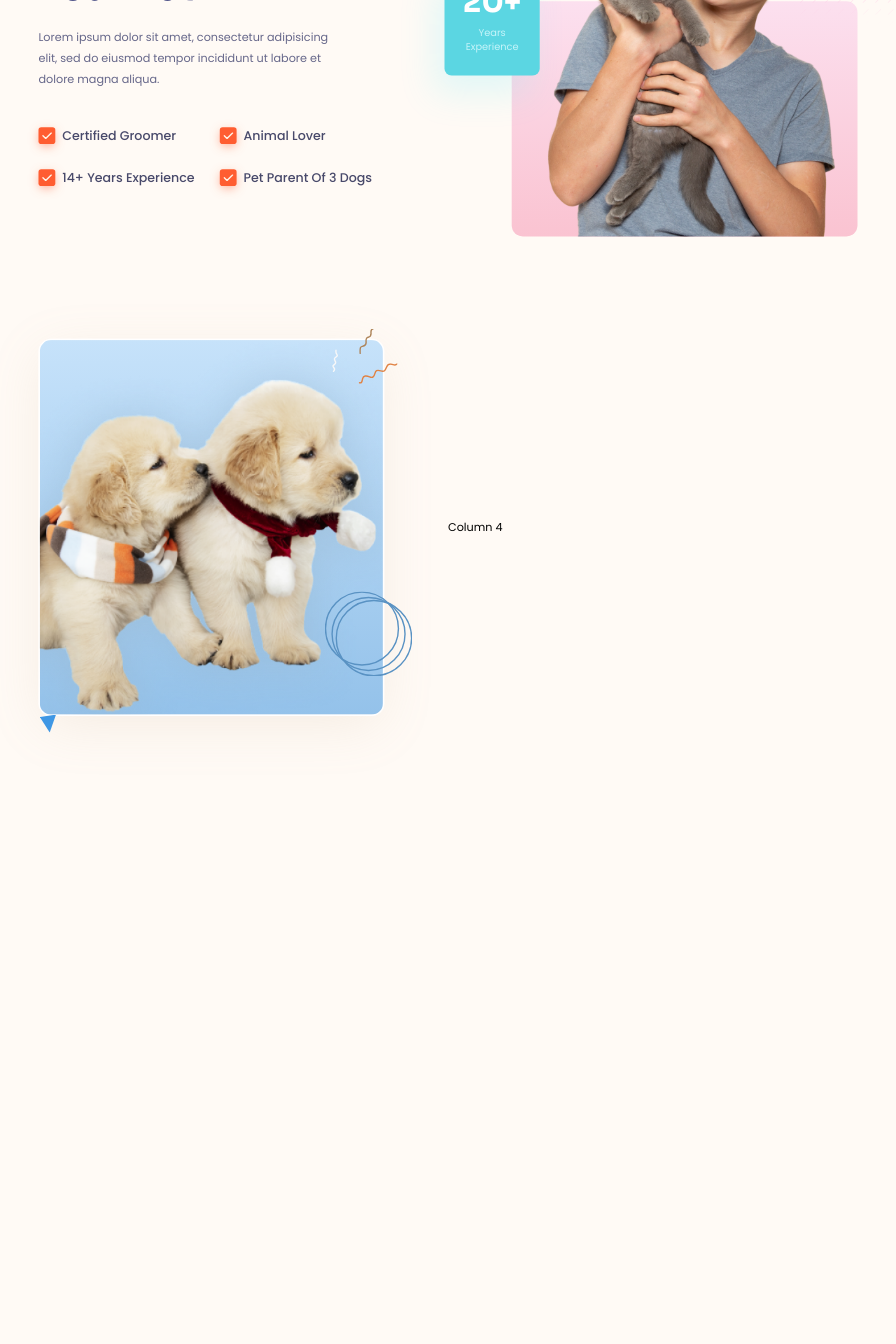
Repository: empty24062002/f8-project-05
Page: index.html
The author's editor kept a copy of each file at every save. The page is drawn from the files as they stood at one save, then again after the next save.
The browser window is 1280 px wide. The pictures show the part of the page from y = 1117 to 3037 px (the page is 10896 px tall), at 70% of full size.

Above is the page before, as saved 2023-09-11 11:13:00.

### index.html
<!DOCTYPE html>
<html lang="en">
    <head>
        <meta charset="UTF-8" />
        <meta name="viewport" content="width=device-width, initial-scale=1.0" />
        <title>Lucy</title>
        <!-- favicon -->
        <link
            rel="apple-touch-icon"
            sizes="57x57"
            href="./assets/favicon/apple-icon-57x57.png"
        />
        <link
            rel="apple-touch-icon"
            sizes="60x60"
            href="./assets/favicon/apple-icon-60x60.png"
        />
        <link
            rel="apple-touch-icon"
            sizes="72x72"
            href="./assets/favicon/apple-icon-72x72.png"
        />
        <link
            rel="apple-touch-icon"
            sizes="76x76"
            href="./assets/favicon/apple-icon-76x76.png"
        />
        <link
            rel="apple-touch-icon"
            sizes="114x114"
            href="./assets/favicon/apple-icon-114x114.png"
        />
        <link
            rel="apple-touch-icon"
            sizes="120x120"
            href="./assets/favicon/apple-icon-120x120.png"
        />
        <link
            rel="apple-touch-icon"
            sizes="144x144"
            href="./assets/favicon/apple-icon-144x144.png"
        />
        <link
            rel="apple-touch-icon"
            sizes="152x152"
            href="./assets/favicon/apple-icon-152x152.png"
        />
        <link
            rel="apple-touch-icon"
            sizes="180x180"
            href="./assets/favicon/apple-icon-180x180.png"
        />
        <link
            rel="icon"
            type="image/png"
            sizes="192x192"
            href="./assets/favicon/android-icon-192x192.png"
        />
        <link
            rel="icon"
            type="image/png"
            sizes="32x32"
            href="./assets/favicon/favicon-32x32.png"
        />
        <link
            rel="icon"
            type="image/png"
            sizes="96x96"
            href="./assets/favicon/favicon-96x96.png"
        />
        <link
            rel="icon"
            type="image/png"
            sizes="16x16"
            href="./assets/favicon/favicon-16x16.png"
        />
        <link rel="manifest" href="./assets/favicon/manifest.json" />
        <meta name="msapplication-TileColor" content="#ffffff" />
        <meta
            name="msapplication-TileImage"
            content="./assets/favicon/ms-icon-144x144.png"
        />
        <meta name="theme-color" content="#ffffff" />
        <!-- reset CSS -->
        <link rel="stylesheet" href="./assets/css/reset.css" />
        <!-- embed font -->
        <link rel="preconnect" href="https://fonts.googleapis.com" />
        <link rel="preconnect" href="https://fonts.gstatic.com" crossorigin />
        <link
            href="https://fonts.googleapis.com/css2?family=Poppins:wght@300;400;500;600&family=Sora:wght@600;700;800&display=swap"
            rel="stylesheet"
        />
        <!-- style css -->
        <link rel="stylesheet" href="./assets/css/styles.css" />
    </head>
    <body>
        <!-- header -->
        <header class="header">
            <div class="container">
                <div class="header__inner">
                    <!-- logo -->
                    <a href="#!">
                        <img
                            src="./assets/img/logo.svg"
                            alt="Lucy"
                            class="header__logo"
                        />
                    </a>
                    <!-- navbar -->
                    <nav class="navbar">
                        <ul class="navbar__list">
                            <li class="navbar__item">
                                <a href="#!" class="navbar__link"> Home </a>
                            </li>
                            <li class="navbar__item">
                                <a href="#!" class="navbar__link"> About </a>
                            </li>
                            <li class="navbar__item">
                                <a href="#!" class="navbar__link"
                                    >Services & Rates
                                </a>
                            </li>
                            <li class="navbar__item">
                                <a href="#!" class="navbar__link"> Reviews </a>
                            </li>
                            <li class="navbar__item">
                                <a href="#!" class="navbar__link">
                                    Contacts us
                                </a>
                            </li>
                        </ul>
                    </nav>
                    <!-- header action -->
                    <div class="header-action">
                        <a href="#!" class="header-action__link">Sign in</a>
                        <a href="#!" class="btn header-action__btn">Sign up</a>
                    </div>
                </div>
            </div>
        </header>
        <!-- hero -->
        <section class="hero">
            <div class="container">
                <div class="hero__inner">
                    <!-- hero media -->
                    <div class="hero__media">
                        <div class="hero__img-wrap">
                            <img
                                src="./assets/img/hero__img1.png"
                                alt=""
                                class="hero__img"
                            />

                            <!-- Decorators -->
                            <img
                                src="./assets/img/decor__01.svg"
                                alt=""
                                class="hero__decor hero__decor-left"
                            />
                            <img
                                src="./assets/img/decor__02.svg"
                                alt=""
                                class="hero__decor hero__decor-right"
                            />
                        </div>
                        <div class="hero__img-wrap hero__img-wrap-small">
                            <img
                                src="./assets/img/hero__img2.png"
                                alt=""
                                class="hero__img"
                            />
                        </div>

                        <div class="hero__list">
                            <!-- hero list item 1 -->
                            <section class="hero-list-item">
                                <img
                                    src="./assets/img/hero__img3.png"
                                    alt=""
                                    class="hero-list-item__thump"
                                />
                                <div class="hero-list-item__info">
                                    <p class="hero-list-item__title">
                                        Pet Health
                                    </p>
                                    <div class="hero-list-item__skeleton"></div>
                                    <div
                                        class="hero-list-item__skeleton"
                                        style="--width: 39px"
                                    ></div>
                                </div>
                            </section>

                            <div class="hero-list-item__separate"></div>
                            <!-- hero list item 2 -->
                            <section class="hero-list-item">
                                <img
                                    src="./assets/img/hero__img4.png"
                                    alt=""
                                    class="hero-list-item__thump"
                                />
                                <div class="hero-list-item__info">
                                    <p class="hero-list-item__title">
                                        Pet care
                                    </p>
                                    <div class="hero-list-item__skeleton"></div>
                                    <div
                                        class="hero-list-item__skeleton"
                                        style="--width: 39px"
                                    ></div>
                                </div>
                            </section>
                        </div>
                    </div>
                    <!-- hero content -->
                    <section class="hero__content">
                        <h1 class="hero__heading">
                            Established & Trusted Pet Care Service
                        </h1>
                        <p class="hero__desc">
                            Discover a wide variety of Pawsitive services to
                            choose from, including daycare, private walks,
                            office duty and spa.
                        </p>
                        <div class="hero__row">
                            <a href="#!" class="btn btn--primary hero__cta-btn">
                                Book a Meet
                                <span class="btn__icon">
                                    <svg
                                        width="5"
                                        height="6"
                                        viewBox="0 0 5 6"
                                        fill="none"
                                        xmlns="http://www.w3.org/2000/svg"
                                    >
                                        <path
                                            d="M1.48584 0.5L3.98584 3L1.48584 5.5"
                                            stroke="#FD5056"
                                            stroke-linecap="round"
                                            stroke-linejoin="round"
                                        />
                                    </svg>
                                </span>
                            </a>
                            <a href="#!" class="hero__cta-link">
                                Schedule a Call
                            </a>
                        </div>
                    </section>
                </div>
            </div>
        </section>
        <main style="height: 10000px">
            <!-- about -->
            <section class="about">
                <div class="container">
                    <div class="about__inner">
                        <section class="about__content">
                            <p class="about__lable">// About //</p>
                            <h2 class="about__heading section-heading">
                                Best Agency For Your Pet.
                            </h2>
                            <p class="about__desc section-desc">
                                Lorem ipsum dolor sit amet, consectetur
                                adipisicing elit, sed do eiusmod tempor
                                incididunt ut labore et dolore magna aliqua.
                            </p>
                            <div class="about__checklist">
                                <span class="about__check-item">
                                    Certified Groomer
                                </span>
                                <span class="about__check-item">
                                    Animal Lover
                                </span>
                                <span class="about__check-item">
                                    14+ Years Experience
                                </span>
                                <span class="about__check-item">
                                    Pet Parent Of 3 Dogs
                                </span>
                            </div>
                        </section>
                        <div class="about__media">
                            <!-- About card -->
                            <div class="about__card">
                                <b class="about__card-title">20+</b>
                                <p class="about__card-desc">Years Experience</p>
                                <img
                                    src="./assets/img/about-decor1.svg"
                                    alt=""
                                    class="about__card-decor"
                                />
                            </div>
                            <!-- About img wrapper -->
                            <figure class="about__img-wrap">
                                <img
                                    src="./assets/img/about-img1.png"
                                    alt=""
                                    class="about__img"
                                />
                            </figure>
                            <img
                                src="./assets/img/about-decor2.svg"
                                alt=""
                                class="about__media-decor"
                            />
                        </div>
                        <div class="about__media">
                            <figure
                                class="about__img-wrap about__img-wrap-bottom"
                            >
                                <img
                                    src="./assets/img/about-img2.png"
                                    alt=""
                                    class="about__img about__img-bottom"
                                />
                                <!-- Decorators -->
                                <div>
                                    <img
                                        src="./assets/img/about-decor3.svg"
                                        alt=""
                                        class="about__decor-img"
                                    />
                                    <img
                                        src="./assets/img/about-decor4.svg"
                                        alt=""
                                        class="about__decor-img"
                                    />
                                    <img
                                        src="./assets/img/about-decor5.svg"
                                        alt=""
                                        class="about__decor-img"
                                    />
                                    <img
                                        src="./assets/img/about-decor6.svg"
                                        alt=""
                                        class="about__decor-img"
                                    />
                                    <img
                                        src="./assets/img/about-decor7.svg"
                                        alt=""
                                        class="about__decor-img"
                                    />
                                    <img
                                        src="./assets/img/about-decor8.svg"
                                        alt=""
                                        class="about__decor-img"
                                    />
                                </div>
                            </figure>
                        </div>
                        <section class="about__content">Column 4</section>
                    </div>
                </div>
            </section>
        </main>
    </body>
</html>

### assets/css/styles.css
* {
    box-sizing: border-box;
}

:root {
    --primary-color: #ff5b2e;
}

html {
    font-size: 62.5%;
}

body {
    font-size: 1.6rem;
    font-family: "Poppins", sans-serif;
    background: #fffaf5;
}

/* common */

h1,
h2,
h3,
h4,
h5,
h6 {
    font-family: "Sora", sans-serif;
}

input,
textarea,
select,
button {
    font-size: inherit;
    font-family: inherit;
}

a {
    text-decoration: none;
}

.container {
    width: 1170px;
    max-width: calc(100% - 48px);
    margin: 0 auto;
}

.btn {
    --height: 56px;

    display: inline-flex;
    align-items: center;
    justify-content: center;
    min-width: 130px;
    height: var(--height);
    line-height: var(--height);
    border: 1px solid rgb(0, 9, 88, 0.7);
    border-radius: 99px;
    color: #000958;
    text-align: center;
    font-size: 1.4rem;
    font-weight: 600;
}

.btn:hover {
    opacity: 0.8;
    cursor: pointer;
}

.btn--primary {
    background: var(--primary-color);
    color: #fff;
    border-color: var(--primary-color);
}

.btn__icon {
    display: flex;
    justify-content: center;
    align-items: center;
    margin-left: 10px;
    width: 20px;
    height: 20px;
    border-radius: 50%;
    background-color: #fff;
    box-shadow: 4px 3px 10px -1px rgba(191, 41, 0, 0.4);
}

.section-heading {
    color: #000958;
    font-family: "Sora", sans-serif;
    font-size: 5.2rem;
    font-weight: 700;
    line-height: 1.19;
}

.section-desc {
    margin-top: 24px;
    color: #656689;
    font-size: 1.6rem;
    font-weight: 400;
    line-height: 1.87; /* 187.5% */
}

/* header */
.header {
    padding: 26px 0;
}

.header__inner {
    display: flex;
    justify-content: space-between;
    align-items: center;
}

.navbar__list {
    display: flex;
}

.navbar__link,
.header-action__link {
    padding: 8px 18px;
    color: #5e6085;
    font-size: 1.4rem;
    font-weight: 500;
    line-height: 1; /* 100% */
}

.navbar__link:hover {
    color: #000958;
    text-shadow: 1px 0 0 currentColor;
}

.header-action__btn {
    --height: 50px;

    min-width: 117px;
}

/* hero */
.hero {
    margin-top: 74px;
}

.hero__inner {
    display: flex;
    justify-content: space-between;
    align-items: center;
    column-gap: 120px;
}

.hero__media {
    display: flex;
    position: relative;
    padding-bottom: 94px;
}

.hero__img-wrap {
    position: relative;
    display: flex;
    justify-content: center;
    align-items: flex-end;
    width: 388px;
    height: 488px;
    border: 3px solid #fff;
    border-radius: 16px;
    background: #fe997b;
}

.hero__img {
    max-width: 100%;
    max-height: 100%;
    border-radius: inherit;
}

.hero__decor {
    position: absolute;
    z-index: -1;
}

.hero__decor-left {
    left: -58px;
    bottom: 10px;
}

.hero__decor-right {
    top: 16px;
    right: -43px;
}

.hero__img-wrap-small {
    align-self: flex-end;
    width: 186px;
    height: 244px;
    margin: 0 0 -58px -24px;
    border: 2px solod #f7dddf;
    background: #faa7ad;
}

.hero__list {
    position: absolute;
    left: 129px;
    bottom: 0;
    width: 250px;
    height: 156px;
    padding: 18px 14px;
    border-radius: 10px;
    background: #fff;
    box-shadow: -17px 14px 68px -4px rgba(207, 174, 132, 0.25);
}

.hero-list-item {
    display: flex;
    align-items: center;
}

.hero-list-item:nth-of-type(2) .hero-list-item__thump {
    background-color: #c6e2fa;
}

.hero-list-item__thump {
    width: 40px;
    height: 40px;
    border-radius: 10px;
    object-fit: cover;
    background: #fec23f;
}

.hero-list-item__info {
    margin-left: 10px;
}

.hero-list-item__title {
    color: #181e52;
    font-family: "Sora", sans-serif;
    font-size: 1.4rem;
    font-weight: 600;
    line-height: 1;
}

.hero-list-item__separate {
    margin: 20px 0;
    width: 100%;
    height: 2px;
    background: #f2f2f2;
}

.hero-list-item__skeleton {
    margin-top: 6px;
    width: var(--width, 118px);
    height: 4px;
    border-radius: 10px;
    opacity: 0.08;
    background: #000958;
}

.hero__heading {
    color: #000958;
    font-size: 6.6rem;
    font-weight: 800;
    line-height: 1.15; /* 115.152% */
}

.hero__desc {
    width: 391px;
    margin-top: 24px;
    color: #656689;
    font-size: 1.6rem;
    font-weight: 400;
    line-height: 1.88;
}

.hero__row {
    display: flex;
    align-items: center;
    margin-top: 38px;
}

.hero__cta-btn {
    --height: 60px;

    min-width: 190px;
    font-size: 1.6rem;
    box-shadow: 0px 13px 26px -8px rgba(255, 91, 46, 0.42);
}

.hero__cta-link {
    margin-left: 24px;
    color: #000958;
    font-size: 1.6rem;
    font-weight: 500;
    line-height: 1;
    text-decoration: underline;
}
/* about */
.about {
    margin-top: 138px;
    padding: 8px 0;
}

.about__inner {
    display: grid;
    grid-template-columns: 1fr 1fr;
    row-gap: 146px;
    align-items: center;
}

.about__lable {
    color: #5e6085;
    font-family: "Sora", sans-serif;
    font-size: 1.6rem;
    font-weight: 600;
    line-height: 1;
}

.about__heading {
    margin-top: 15px;
}

.about__heading,
.about__desc {
    width: 444px;
}

.about__checklist {
    display: grid;
    grid-template-columns: auto auto;
    justify-content: flex-start;
    gap: 36px;
    margin-top: 54px;
}

.about__check-item {
    position: relative;
    display: flex;
    align-items: center;
    column-gap: 10px;
    color: #48496a;
    font-size: 1.8rem;
    font-weight: 500;
    line-height: 1;
}

.about__check-item::before {
    content: "";
    display: inline-block;
    width: 24px;
    height: 24px;
    background: #ff5d31;
    box-shadow: 0px 4px 15px -3px #ff5d31b0;
    border-radius: 4px;
}

.about__check-item::after {
    content: url(../icons/check-item.svg);
    position: absolute;
    top: 2px;
    left: 5px;
}

.about__media {
    position: relative;
}

.about__card {
    position: absolute;
    width: 136px;
    top: 165px;
    left: -5px;
    padding: 30px 26px;
    text-align: center;
    border-radius: 10px;
    background: #5bd6e2;
    box-shadow: -15px 26px 48px 0px rgba(85, 240, 255, 0.17);
}

.about__card-title {
    color: #fff;
    font-family: "Sora", sans-serif;
    font-size: 4.2rem;
    font-weight: 700;
    line-height: 1;
}

.about__card-desc {
    margin-top: 14px;
    color: #c6f4f9;
    font-size: 1.4rem;
    font-weight: 400;
    line-height: 1.42;
}

.about__card-decor {
    position: absolute;
    top: -40px;
    right: -32px;
}

.about__img-wrap {
    position: relative;
    width: 494px;
    margin-left: auto;
}

.about__img-wrap::after {
    position: absolute;
    content: "";
    height: 336px;
    inset: auto 0 0 0;
    border-radius: 16px;
    background: linear-gradient(180deg, #fce0ef 0%, #fac3d1 100%);
    z-index: -1;
}

.about__img {
    display: block;
    margin: 0 auto;
    width: 450px;
}

.about__media-decor {
    position: absolute;
    top: 157px;
    right: -52px;
    z-index: -1;
}

.about__img-wrap-bottom {
    margin-left: 0;
    border-radius: 18px;
    border: 2px solid #fff;
    background: linear-gradient(180deg, #c6e2fa 0%, #94c2ea 100%);
    box-shadow: 0px 17px 77px -8px rgba(190, 165, 139, 0.17);
}

.about__img-wrap-bottom::after {
    content: none;
}

.about__img-bottom {
    width: 100%;
}

.about__decor-img {
    position: absolute;
}

.about__decor-img:nth-child(1) {
    top: 13px;
    right: 64px;
}
.about__decor-img:nth-child(2) {
    top: -16px;
    right: 13px;
}
.about__decor-img:nth-child(3) {
    top: 33px;
    right: -21px;
}
.about__decor-img:nth-child(4) {
    bottom: 55px;
    right: -42px;
}
.about__decor-img:nth-child(5) {
}
.about__decor-img:nth-child(6) {
}
.about__decor-img:nth-child(7) {
}
.about__decor-img:nth-child(8) {
}

Loaded but not shown: assets/css/reset.css (common file)

After the next save:
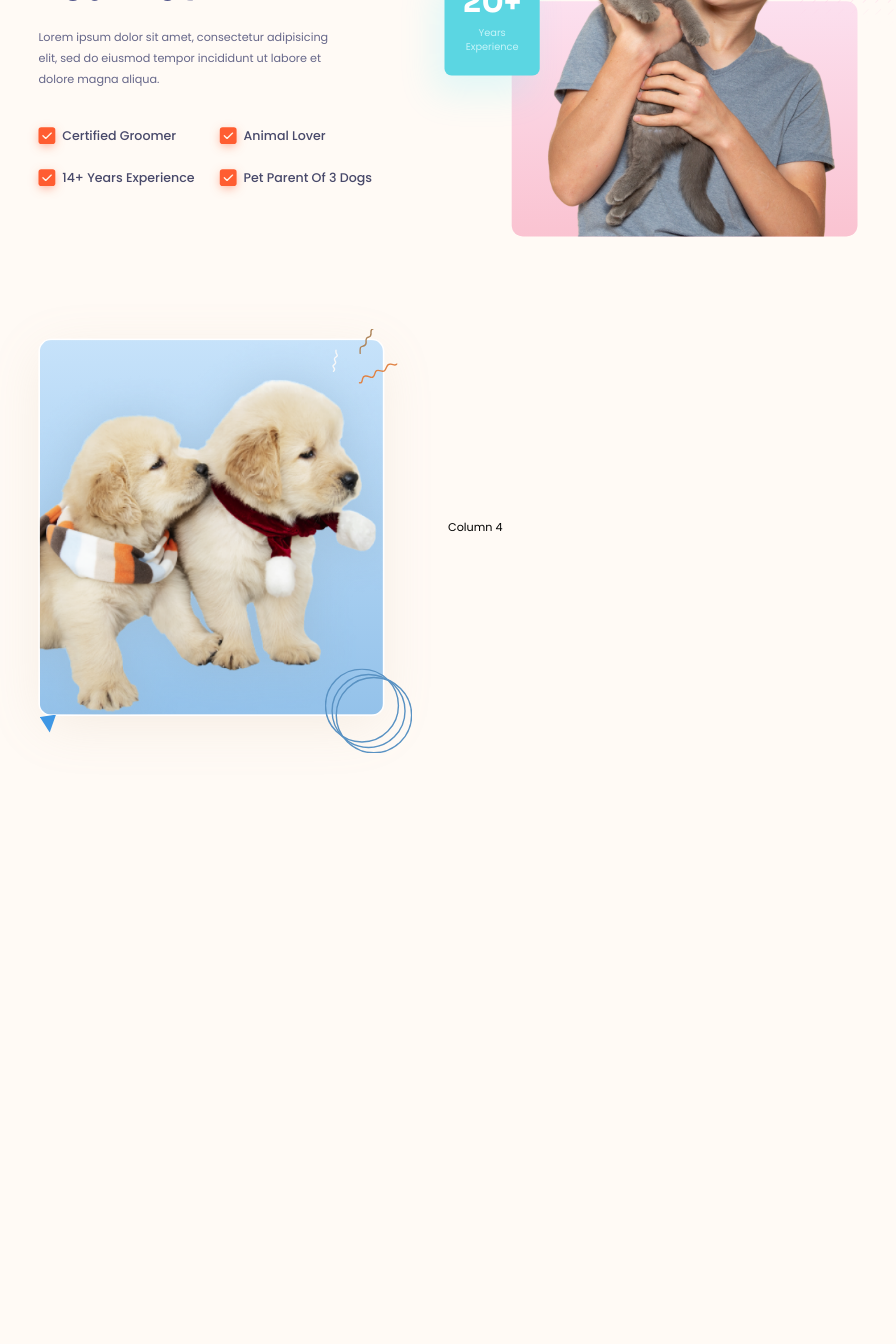
Saved 4 s later.
--- a/assets/css/styles.css
+++ b/assets/css/styles.css
@@ -457,7 +457,7 @@ a {
     right: -21px;
 }
 .about__decor-img:nth-child(4) {
-    bottom: 55px;
+    bottom: -55px;
     right: -42px;
 }
 .about__decor-img:nth-child(5) {
